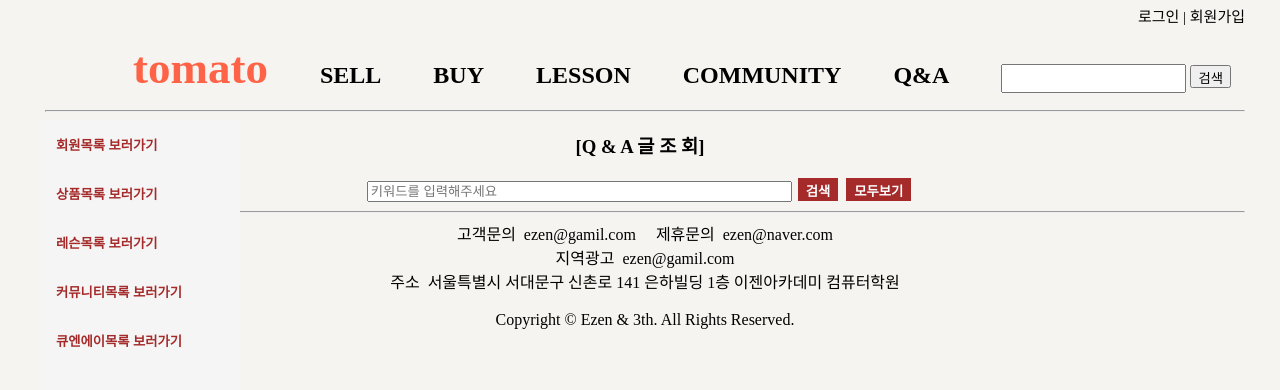
Repository: javadogfoot/semi-project
Page: http://localhost/tomato/admin/qnaList_admin.jsp
The author's editor kept a copy of each file at every save. The page is drawn from the files as they stood at one save, then again after the next save.
The browser window is 1280 px wide. The pictures show the whole page.
The page is served by Tomcat 9.

Above is the page before, as saved 2021-10-18 05:57:53.

After the next save:
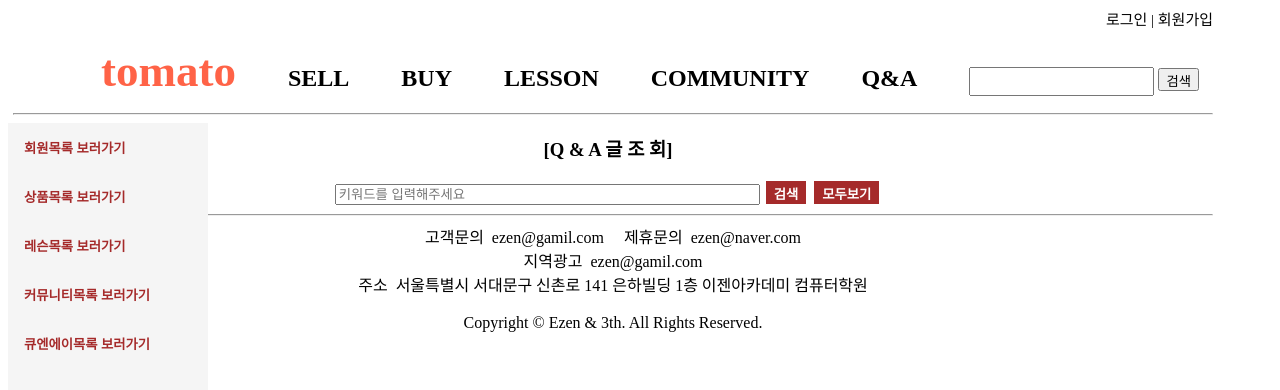
Saved 7 min 56 s later.
--- a/semi프로젝트워크스페이스/tomato/src/main/webapp/css/mainLayout.css
+++ b/semi프로젝트워크스페이스/tomato/src/main/webapp/css/mainLayout.css
@@ -1,6 +1,6 @@
 @charset "UTF-8";
 body{
-   background-color: #f5f4f0;
+   background-color: #f5f4f0
    margin: 5px auto;
    width: 1200px;
 }

After the save that followed:
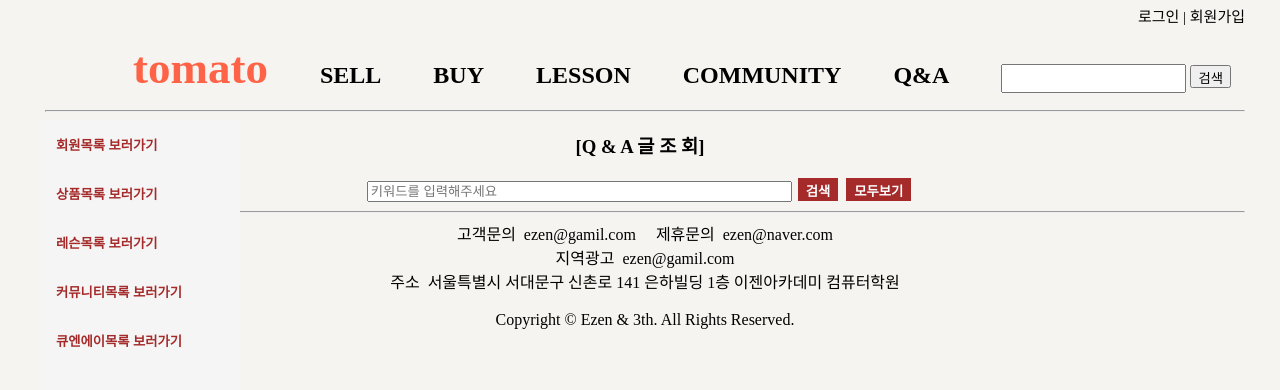
Saved 6 s later.
--- a/semi프로젝트워크스페이스/tomato/src/main/webapp/css/mainLayout.css
+++ b/semi프로젝트워크스페이스/tomato/src/main/webapp/css/mainLayout.css
@@ -1,6 +1,6 @@
 @charset "UTF-8";
 body{
-   background-color: #f5f4f0
+   background-color: #f5f4f0;
    margin: 5px auto;
    width: 1200px;
 }
